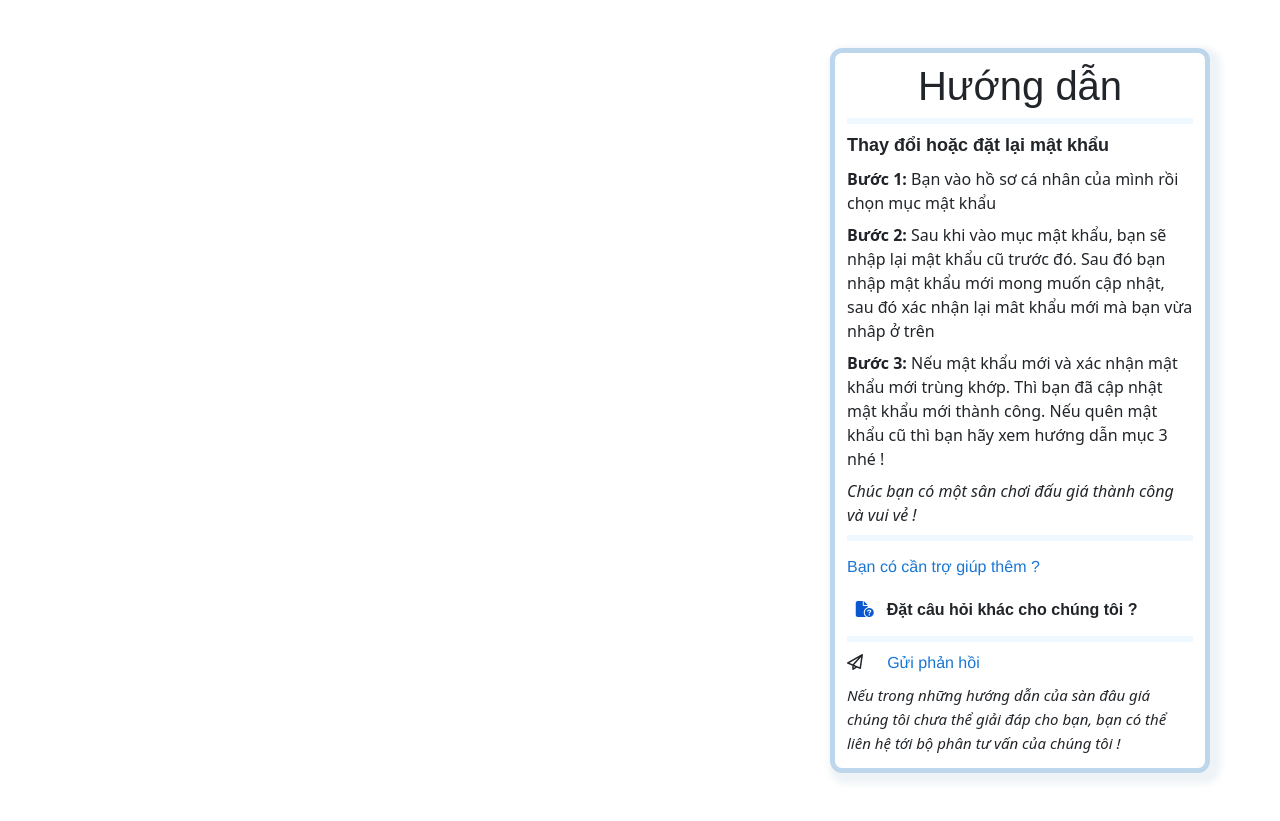
Repository: SonPhamThe/C0622G1-module5
Page: prototype--module6/guides/guide2.html
An editor plug-in stored every save of this project. The page is shown before and after the next save, followed by the edit.
The browser window is 1280 px wide. The pictures show the whole page.
Some web libraries are served in a nearby version.

Above is the page before, as saved 2022-12-07 15:35:21.

### prototype--module6/guides/guide2.html
<!DOCTYPE html>
<html lang="en">
  <head>
    <meta charset="UTF-8" />
    <meta
      name="viewport"
      content="width=device-width, user-scalable=no, initial-scale=1.0, maximum-scale=1.0, minimum-scale=1.0"
    />
    <meta http-equiv="X-UA-Compatible" content="ie=edge" />
    <title>Trang chủ hướng dẫn</title>
    <link rel="stylesheet" href="guide1.css" />
    <link rel="icon" type="image/x-icon" href="favicon.ico" />

    <link
      rel="stylesheet"
      href="https://cdnjs.cloudflare.com/ajax/libs/font-awesome/6.2.1/css/all.min.css"
    />

    <link
      href="https://cdn.jsdelivr.net/npm/bootstrap@5.1.3/dist/css/bootstrap.min.css"
      rel="stylesheet"
      integrity="sha384-1BmE4kWBq78iYhFldvKuhfTAU6auU8tT94WrHftjDbrCEXSU1oBoqyl2QvZ6jIW3"
      crossorigin="anonymous"
    />
    <script
      src="https://cdn.jsdelivr.net/npm/bootstrap@5.1.3/dist/js/bootstrap.bundle.min.js"
      integrity="sha384-ka7Sk0Gln4gmtz2MlQnikT1wXgYsOg+OMhuP+IlRH9sENBO0LRn5q+8nbTov4+1p"
      crossorigin="anonymous"
    ></script>
    <link
      rel="stylesheet"
      href="https://cdnjs.cloudflare.com/ajax/libs/font-awesome/5.15.4/css/all.min.css"
    />
  </head>
  <body>
    <!--Khi chọn mục hướng dẫn trên navbar sẽ đổ modal xuống. Ở trang chủ hướng dẫn em tính làm gồm những phần:
      Cách đăng ký account,
      Thay đổi hoặc đặt lại mật khẩu của bạn,
      Quản lý mật khẩu, vv....
      Khi click một trong số option sẽ chuyển qua một form chứa nội dung của từng tiêu đề đó
     -->
    <div class="container mb-5 mt-5">
      <div class="row">
        <div class="col-lg-4"></div>
        <div class="col-lg-4"></div>
        <div class="boxed col-lg-4 shadow-md" style="height: 100% !important">
          <form>
            <div class="mt-1 text-center">
              <h1 style="font-family: sans-serif">Hướng dẫn</h1>
            </div>
            <div
              class="mb-2"
              style="height: 6px; background-color: aliceblue; width: 100%"
            ></div>
            <div class="mb-2">
              <label
                ><strong style="font-family: sans-serif; font-size: large"
                  >Thay đổi hoặc đặt lại mật khẩu</strong
                ></label
              >
            </div>
            <div class="mb-2">
              <span>
                <strong>Bước 1: </strong>
                Bạn vào hồ sơ cá nhân của mình rồi chọn mục mật khẩu
            </div>
            <div class="mb-2">
              <span>
                <strong>Bước 2: </strong>
                Sau khi vào mục mật khẩu, bạn sẽ nhập lại mật khẩu cũ trước đó.
                Sau đó bạn nhập mật khẩu mới mong muốn cập nhật, sau đó xác nhận lại mât khẩu mới mà bạn vừa nhâp ở trên
              </span>
            </div>
            <div class="mb-2">
              <span>
                <strong>Bước 3: </strong>
               Nếu mật khẩu mới và xác nhận mật khẩu mới trùng khớp. Thì bạn đã cập nhật mật khẩu mới thành công.
               Nếu quên mật khẩu cũ thì bạn hãy xem hướng dẫn mục 3 nhé !
              </span>
            </div>

            <div class="mb-2">
              <i>
               Chúc bạn có một sân chơi đấu giá thành công và vui vẻ !
              </i>
            </div>

            <div
              class="mb-2"
              style="height: 6px; background-color: aliceblue; width: 100%"
            ></div>

            <div class="mb-2">
              <h6
                class="mt-3 mb-3"
                style="color: #1976d2; font-family: Helvetica"
              >
                Bạn có cần trợ giúp thêm ?
              </h6>
              <div class="mb-2">
                <i class="fa-solid fa-file-circle-question"></i>
                <label style="font-family: sans-serif"
                  ><strong>Đặt câu hỏi khác cho chúng tôi ?</strong></label
                >
              </div>
              <div
                class="mb-2"
                style="height: 6px; background-color: aliceblue; width: 100%"
              ></div>
              <div class="mb-2">
                <i class="fa-regular fa-paper-plane"></i>
                <label
                  style="
                    color: #1976d2;
                    font-family: Helvetica;
                    margin-left: 20px;
                  "
                >
                  Gửi phản hồi
                </label>
              </div>
            </div>
          </form>
          <div class="mb-2">
            <span style="font-size: 15px" class="fst-italic"
              >Nếu trong những hướng dẫn của sàn đâu giá chúng tôi chưa thể giải
              đáp cho bạn, bạn có thể liên hệ tới bộ phân tư vấn của chúng tôi
              !</span
            >
          </div>
        </div>

        <div class="col-lg-3"></div>
      </div>
    </div>
  </body>
  <script src="//ajax.googleapis.com/ajax/libs/jquery/1.9.1/jquery.min.js"></script>
  <script
    src="https://cdn.jsdelivr.net/npm/popper.js@1.12.9/dist/umd/popper.min.js"
    integrity="sha384-ApNbgh9B+Y1QKtv3Rn7W3mgPxhU9K/ScQsAP7hUibX39j7fakFPskvXusvfa0b4Q"
    crossorigin="anonymous"
  ></script>
</html>

### prototype--module6/guides/guide1.css
.boxed {
  width: 400px;
  height: 550px;
}

.boxed {
  border: 5px solid;
  border-image-slice: 1;
  border-color: rgb(189, 214, 236);
  padding: 5px;
  border-radius: 12px;
  background-color: transparent;
  box-shadow: 5px 5px 7px 6px  rgb(238, 243, 247);
}

.fa-solid {
  color: #0b57d0;
  height: 1.125rem;
  margin: 0.55rem;
  visibility: initial;
  width: 1.125rem;
}

After the next save:
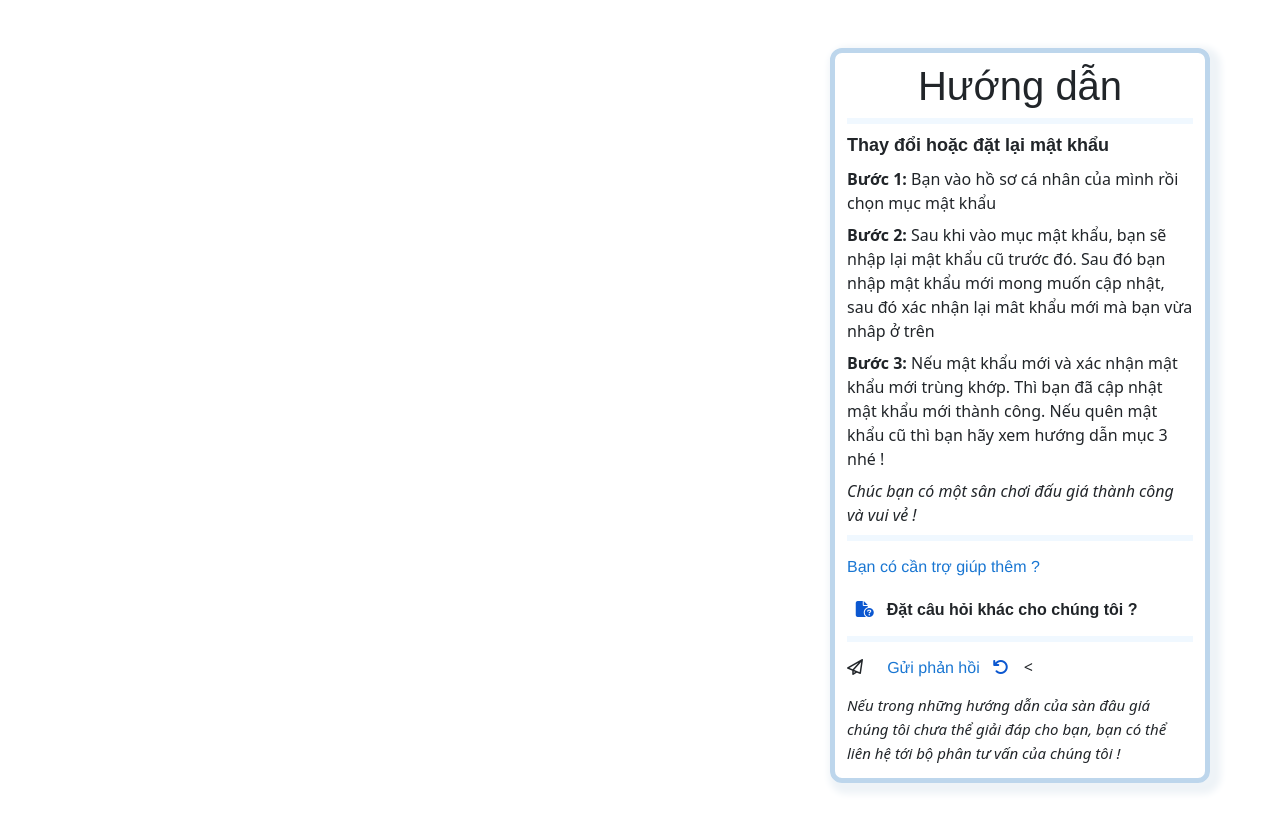
Saved 84 s later.
--- a/prototype--module6/guides/guide2.html
+++ b/prototype--module6/guides/guide2.html
@@ -118,6 +118,8 @@
                 >
                   Gửi phản hồi
                 </label>
+                <i class="fa-solid fa-arrow-rotate-left"></i>
+                <
               </div>
             </div>
           </form>
